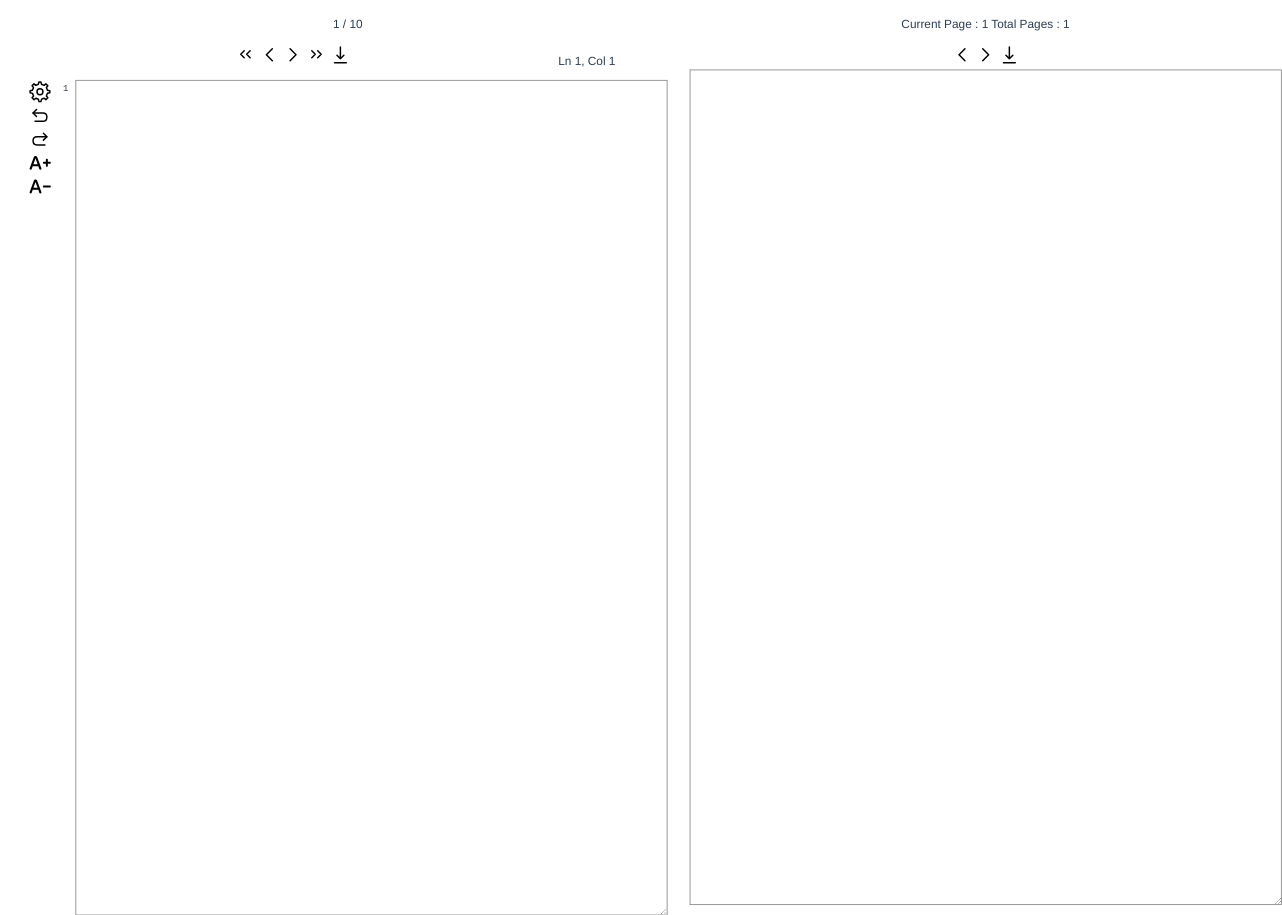
Repository: 321paranoiawhy/online-resume
Page: /
These files come from the project's save history. The page is drawn as it stood at one moment and after the next save; the edit follows.
The browser window is 1280 px wide. The page is 1732 px wide, so the pictures cover 1732 px, including what lies to the right of the window. The pictures show the whole page, at 74% of full size.
The project was rebuilt for these pictures with package versions that can differ from the ones it lists, and the page was loaded fresh each time. Also part of the build but not shown: vue.config.js, src/components/Header.vue, src/components/Introduction.vue, src/components/Footer.vue.

Above is the page before, as saved 2022-05-29 15:51:58.

### src/main.js
import { createApp } from 'vue'
import App from './App.vue'
import router from './router'
import store from './store'

// 引入公共样式 common.css
import './css/common.css'
createApp(App).use(store).use(router).mount('#app')

### src/App.vue
<template>
    <router-view />
</template>

<style lang="scss">
html,
body,
#app {
    height: 100%;
}
#app {
    font-family: Avenir, Helvetica, Arial, sans-serif;
    -webkit-font-smoothing: antialiased;
    -moz-osx-font-smoothing: grayscale;
    text-align: center;
    color: #2c3e50;
}
</style>

### src/store/index.js
import { createStore } from 'vuex'

export default createStore({
  state: {
    // 示例
    example: 0,
    leftColumn: 0,
    rightColumn: 0,
  },
  getters: {
  },
  mutations: {
    // 示例
    // 组件提交和获取前, 需
    // 1. import {useStore} from "vuex";
    // 2. const store = useStore();
    // 组件提交 store.commit("getExample",commitValue);
    // 组件获取 store.state.example
    // setup() 函数 最后 return {store}
    getExample(state, data) {
      state.example = data;
    },
    // 右边 当前列数
    // 组件提交 store.commit("getLeftColumn")
    getLeftColumn(state, data) {
      state.leftColumn = data;
    },
    // 右边 当前列数
    getRightColumn(state, data) {
      state.rightColumn = data;
    },
  },
  actions: {
  },
  modules: {
  }
})

### src/css/common.css
:root {
    /* CSS 全局变量, 任何地方均可通过 var() 访问变量值 */
    --font-size-small: 12px;
    --line-height-small: 18px;
}
textarea.left-textarea {
    width: 210mm; /* 210 * 96 / 25.4 = 793.7 px */
    height: 297mm; /* 297 * 96 / 25.4 = 1122.52 px */
    /* 字体大小 */
    font-size: var(--font-size-small);
    /* font-size: 12px; */
    /* 行高 */
    line-height: var(--line-height-small);
    /* line-height: 18px; */
    /* 统一各浏览器下 textarea 盒模型 */
    margin: 0;
    border-width: 1px;
    padding: 2px;
}
textarea.right-textarea {
    /* 1 in = 25.4 mm = 96 px */
    width: 210mm; /* 210 * 96 / 25.4 = 793.7 px */
    height: 297mm; /* 297 * 96 / 25.4 = 1122.52 px */
    /* 统一各浏览器下 textarea 盒模型 */
    margin: 0;
    border-width: 1px;
    padding: 2px;
}
img {
    width: 32px;
    height: 32px;
    cursor: pointer;
}

### src/views/HomeView.vue
<template>
    <!-- <TopHeader></TopHeader> -->
    <!-- <Introduction></Introduction> -->
    <div class="main-flex">
        <LeftInput class="left-input"></LeftInput>
        <RightOutput></RightOutput>
    </div>
    <!-- <BottomFooter></BottomFooter> -->
</template>

<script>
// @ is an alias to /src
import TopHeader from "@/components/Header.vue";
import Introduction from "@/components/Introduction.vue";
import LeftInput from "@/components/LeftInput.vue";
import RightOutput from "@/components/RightOutput.vue";
import BottomFooter from "@/components/Footer.vue";

// 功能拆解
// 下载源码和渲染结果文件(HTML&CSS, PDF, DOCX), 使用 Pandoc
// LaTeX 语法支持 (引入 MathJax)
// JavaScript 实现 解析
// common.css 负责特定样式
// 切换主题或者切换模板
// 主题 白天 黑夜
// 模板 暂定唯一模板 后续定制更多模板 (寻找优雅的 resume 模板)
// autosave
// localstorage

export default {
    name: "HomeView",
    components: {
        TopHeader,
        Introduction,
        LeftInput,
        RightOutput,
        BottomFooter,
    },
};
</script>

<style scoped lang="scss">
div.main-flex {
    display: flex;
    width: fit-content;
    & .left-input {
        margin-left: 30px;
        margin-right: 30px;
    }
}
</style>

### src/components/LeftInput.vue
<template>
    <div class="left-input-flex-column">
        <p>{{ currentInputPage }} / {{ totalInputPage }}</p>
        <div class="top-flex">
            <div class="center">
                <img
                    v-for="(item, index) in leftInputImage"
                    :key="index"
                    :src="require('../assets/images/' + item.img_src + '.svg')"
                    :alt="item.img_src"
                    @click="Fn(item.function)"
                />
            </div>
            <!-- 快速跳转至某行某列 (默认当前页) -->
            <p @click="gotoLnAndCol">Ln 1, Col 1</p>
        </div>

        <div class="flex">
            <!-- 侧边工具栏 -->
            <Sidebar></Sidebar>
            <!-- 左侧显示 行号 -->
            <ul>
                <li v-for="(item, index) in lineNumbersArray" :key="index">
                    {{ item }}
                </li>
            </ul>
            <!-- input textarea -->
            <textarea
                spellcheck="true"
                class="left-textarea"
                ref="input"
                @input="compileInput"
            ></textarea>
        </div>
    </div>
</template>

<script>
import leftInputImage from "/public/data/leftInputImage.json";
import Sidebar from "@/components/Sidebar.vue";
import { ref } from "@vue/reactivity";
import { onMounted } from "@vue/runtime-core";
import { useStore } from "vuex";

export default {
    name: "LeftInput",
    components: {
        Sidebar,
    },
    setup() {
        let currentInputPage = 1;
        let totalInputPage = 10;
        let input = ref(null);
        const store = useStore();
        // vue2 this.$refs.input 获取到 DOM 元素
        // vue3 mounted 后方可获取到 DOM 元素
        onMounted(() => {
            // console.log(input.value);
            // console.log(input.value.value);
            // console.log(input.value.value.length);
            // store.commit("getLeftLine", 0);
            // console.log(input.value.selectionStart);
            console.log(leftInputImage[0].function);
            console.log(typeof leftInputImage[0].function);
        });
        let lineNumbersArray = ref([1]);
        let compileInput = () => {
            console.log(input.value.value.split("\n"));
            lineNumbersArray.value = Array.from(
                { length: input.value.value.split("\n").length },
                (_, index) => index + 1
            );
            console.log(input.value.selectionStart);
        };
        // Fn: 根据入参执行相应函数
        let Fn = (parameter) => {
            switch (parameter) {
                // 上一页
                case "previousSinglePage":
                    currentInputPage--;
                    console.log(currentInputPage);
                    break;
                // 前两页
                case "previousDoublePage":
                    currentInputPage -= 2;
                    console.log(currentInputPage);
                    break;
                // 下一页
                case "nextSinglePage":
                    currentInputPage++;
                    console.log(currentInputPage);
                    break;
                // 后两页
                case "nextDoublePage":
                    currentInputPage += 2;
                    console.log(currentInputPage);
                    break;
                case "download":
                    // TODO Blob 对象
                    break;
                default:
                    break;
            }
        };
        let gotoLnAndCol = () => {};
        return {
            leftInputImage,
            currentInputPage,
            totalInputPage,
            input,
            store,
            lineNumbersArray,
            compileInput,
            Fn,
            gotoLnAndCol,
        };
    },
};
</script>

<style scoped lang="scss">
.left-input-flex-column {
    display: flex;
    flex-direction: column;
    & div.flex {
        display: flex;
    }
    & ul li {
        list-style-type: none;
    }
    & ul {
        margin: 3px 10px 0 15px;
        padding: 0;
        // 字体大小
        font-size: var(--font-size-small);
        // 行高
        line-height: var(--line-height-small);
        font-family: monospace;
    }
    & div.top-flex {
        display: flex;
        width: 210mm;
        justify-content: center;
        & div {
            flex-grow: 1;
        }
        & p {
            // margin-left: auto;
        }
    }
}
</style>

### src/components/RightOutput.vue
<template>
    <div class="right-output-flex-column">
        <p>
            Current Page : {{ currentOutputPage }} Total Pages :
            {{ totalOutputPage }}
        </p>
        <div>
            <img
                v-for="(item, index) in rightOutputImage"
                :key="index"
                :src="require('../assets/images/' + item.img_src + '.svg')"
                alt=""
            />
        </div>
        <textarea spellcheck="true" class="right-textarea"></textarea>
    </div>
</template>

<script>
import rightOutputImage from "/public/data/rightOutputImage.json";
export default {
    name: "RightInput",
    setup() {
        let currentOutputPage = 1;
        let totalOutputPage = 1;
        return {
            currentOutputPage,
            totalOutputPage,
            rightOutputImage,
        };
    },
};
</script>

<style scoped lang="scss">
.right-ouput-flex-column {
    display: flex;
    flex-direction: column;
}
</style>

### public/data/leftInputImage.json
[
    {
        "img_src": "IconoirFastArrowLeft",
        "function": "previousDoublePage"
    },
    {
        "img_src": "IconoirNavArrowLeft",
        "function": "previousSinglePage"
    },
    {
        "img_src": "IconoirNavArrowRight",
        "function": "nextSinglePage"
    },
    {
        "img_src": "IconoirFastArrowRight",
        "function": "nextDoublePage"
    },
    {
        "img_src": "IconoirDownload",
        "function": "download"
    }
]

### src/components/Sidebar.vue
<template>
    <div class="sidebar-flex-column">
        <img
            v-for="(item, index) in sidebarImage"
            :key="index"
            :src="require('../assets/images/' + item.img_src + '.svg')"
            alt=""
        />
    </div>
</template>

<script>
// 引入图片 json 数据文件
import sidebarImage from "/public/data/sidebarImage.json";

export default {
    name: "Sidebar",
    setup() {
        return {
            sidebarImage,
        };
    },
};
</script>

<style scoped lang="scss">
.sidebar-flex-column {
    display: flex;
    flex-direction: column;
    width: fit-content;
    height: fit-content;
}
</style>

### public/data/rightOutputImage.json
[
    {
        "img_src": "IconoirNavArrowLeft"
    },
    {
        "img_src": "IconoirNavArrowRight"
    },
    {
        "img_src": "IconoirDownload"
    }
]

### public/data/sidebarImage.json
[
    {
        "img_src": "IconoirSettings"
    },
    {
        "img_src": "IconoirUndo"
    },
    {
        "img_src": "IconoirRedo"
    },
    {
        "img_src": "IcRoundTextIncrease"
    },
    {
        "img_src": "IcRoundTextDecrease"
    }
]

Loaded but not shown: public/index.html (common file); src/router/index.js (common file)

After the next save:
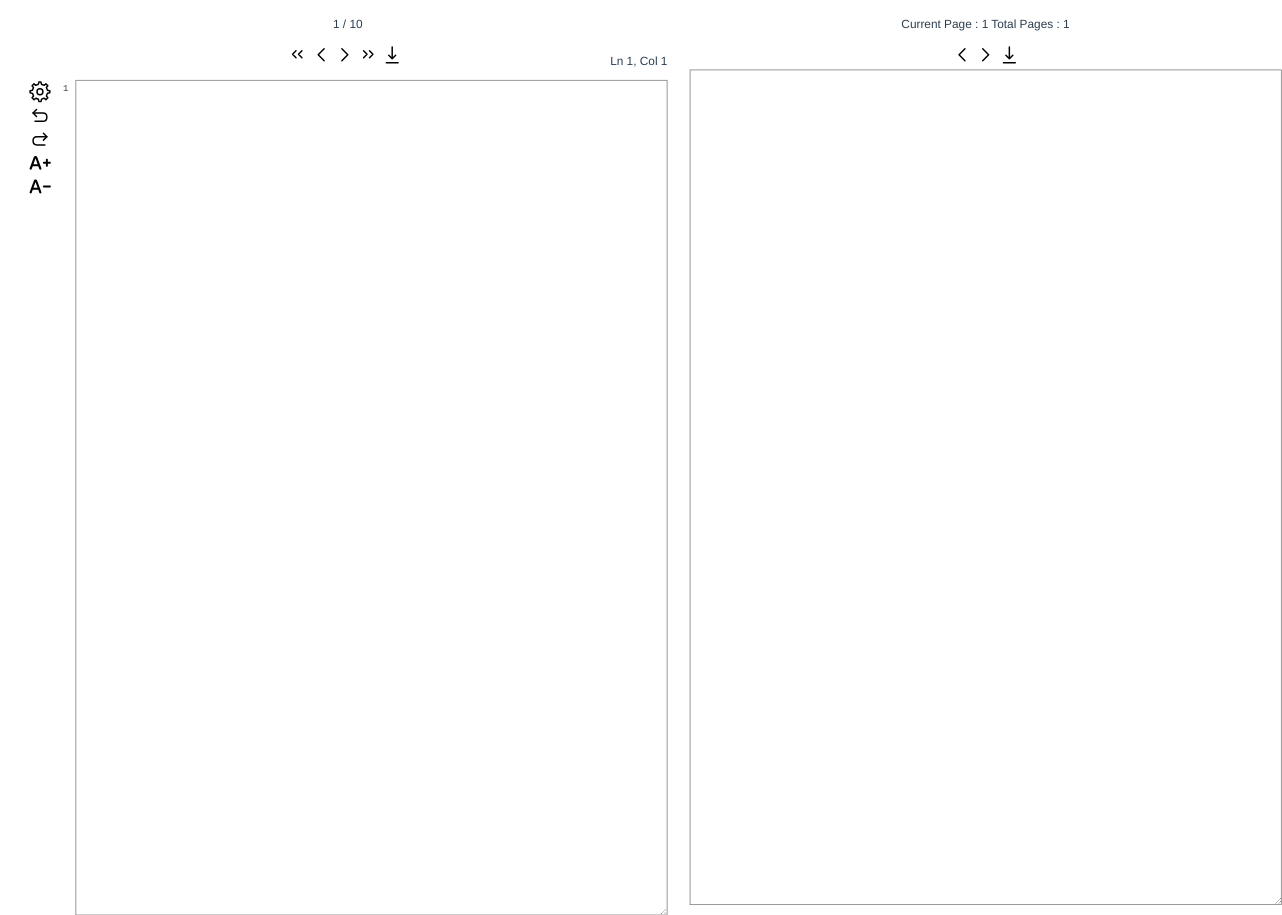
Saved 32 s later.
--- a/src/components/LeftInput.vue
+++ b/src/components/LeftInput.vue
@@ -140,6 +140,7 @@ export default {
     & div.top-flex {
         display: flex;
         width: 210mm;
+        margin-left: auto;
         justify-content: center;
         & div {
             flex-grow: 1;
